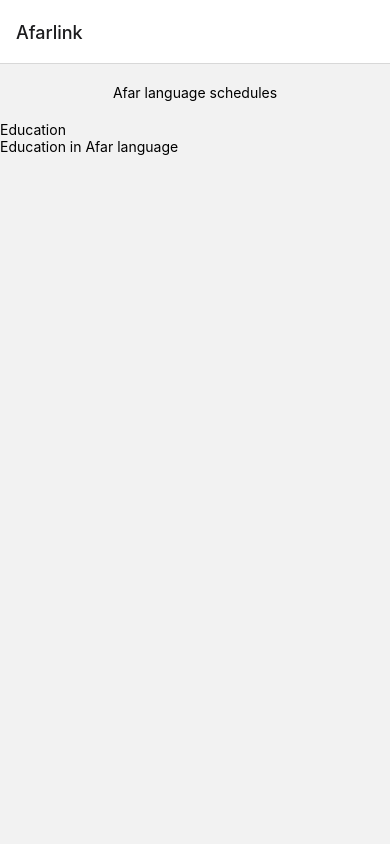
Repository: abdurehmanali611/Assunah_TV
Screen: /Afarlink
The author's editor kept a copy of each file at every save. The screen is drawn from the files as they stood at one save, then again after a run of saves.
The app was drawn by React Native's web renderer in a window 390 px wide. The project was rebuilt for these pictures with package versions that can differ from the ones it lists, and the page was loaded fresh each time. Also part of the build but not shown: Components/Login.js, Components/SignUp.js, Constants/Home.js, Constants/AboutUs.js, Constants/Contacts.js, Constants/AssunahFolder.js, Constants/AssunahKids.js, Constants/AdditionalExtra.js and 29 more.

Above is the screen before, as saved 2023-12-27 00:17:28.

After the next 2 saves:
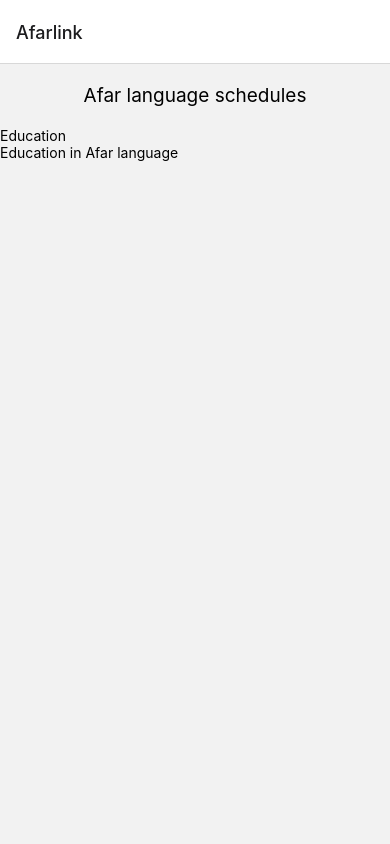
The 2 saves are shown as one change because they came seconds apart.
The last was saved 6 s later.
--- a/Program_Links/Afarlink.js
+++ b/Program_Links/Afarlink.js
@@ -6,7 +6,7 @@ import { View } from "react-native";
 const Afarlink = () => {
 
     return <View>
-        <Text style = {{marginVertical: 20, textAlign: 'center', }}>Afar language schedules</Text>
+        <Text style = {{marginVertical: 20, textAlign: 'center', fontSize: 19}}>Afar language schedules</Text>
         <View>
             <Text>Education</Text>
             <View>
